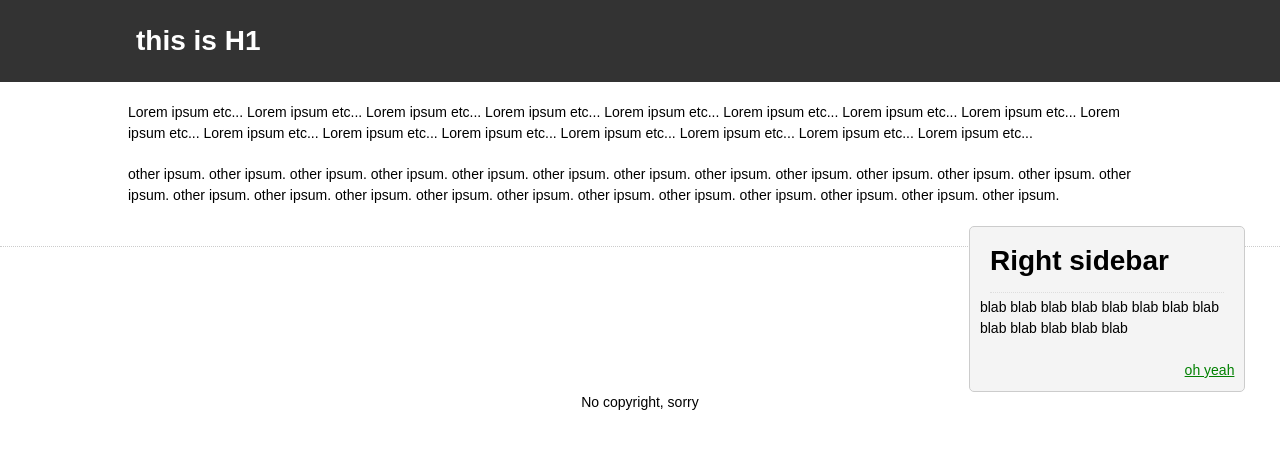
Repository: simonbcky/101
Page: Jadestuff/views/index.jade
The author's editor kept a record of every edit. The page is drawn from the files as they stood at one moment, then again after the next edit.
The browser window is 1280 px wide. The pictures show the whole page.
The page is served by the project's Node server (server.js). The template is opened directly, without the code that normally fills it, so the values that code supplies are empty.

Above is the page before.

After the next edit:
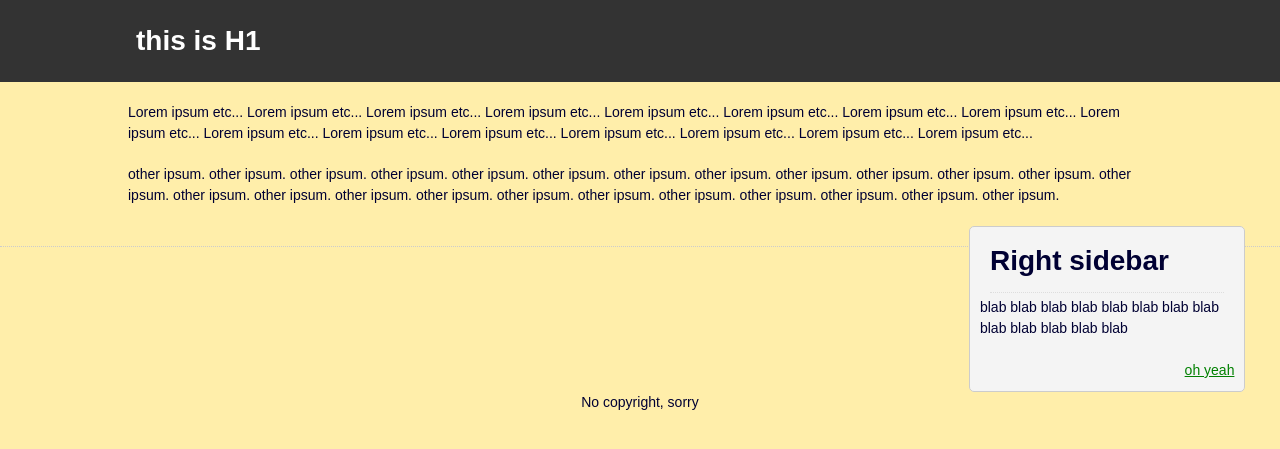
The edit:
--- a/client/css/styles.css
+++ b/client/css/styles.css
@@ -9,8 +9,8 @@
     line-height:1.5;
     font-family:Arial;
     font-size:14px;
-    color:#000;
-    background:#fff;
+    color:#003;
+    background:#fea;
 }
 
 ul,li{
